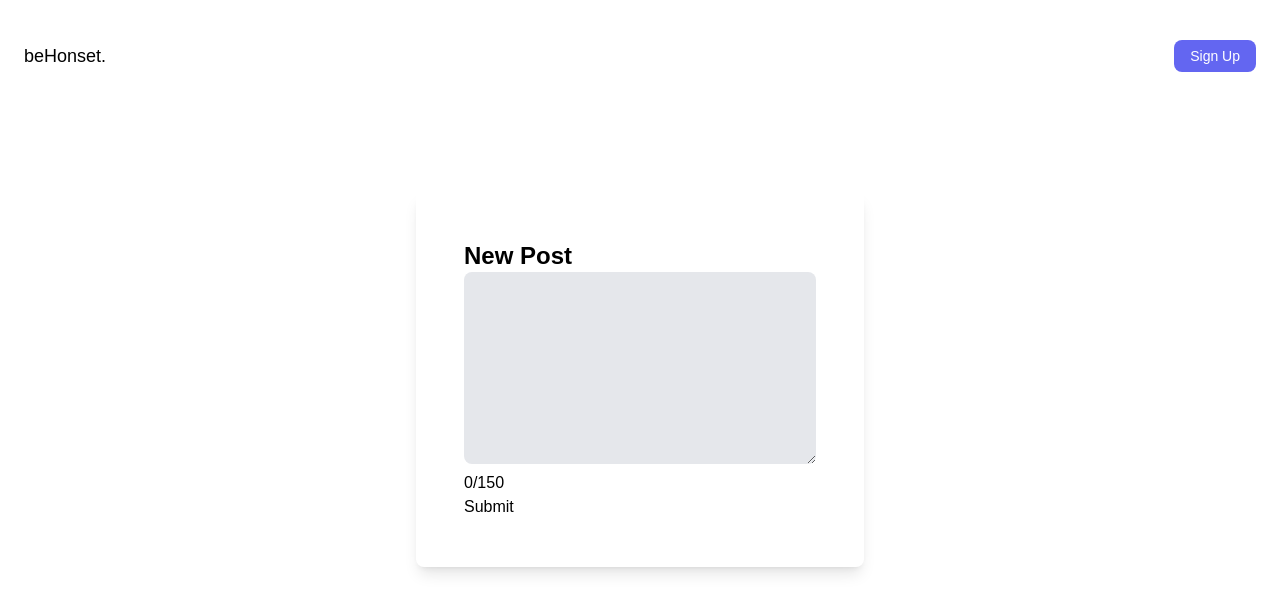
Repository: aidenfine/be-honset
Page: /new-post
An editor plug-in stored every save of this project. The page is shown before and after the next save, followed by the edit.
The browser window is 1280 px wide. The pictures show the whole page.
The page's requests for data from a server got no answer. The project was rebuilt for these pictures with package versions that can differ from the ones it lists, and the page was loaded fresh each time. The framework's server and built-in components were replaced by stand-ins that run in the browser. No one was signed in, and anything a server would have sent is missing. Also part of the build but not shown: next.config.js.

Above is the page before, as saved 2022-10-26 20:02:49.

### pages/_app.js
import '../styles/globals.css'
import Layout from '../components/layout'

function MyApp({ Component, pageProps }) {
  return(
    <Layout>
      <Component {...pageProps} />
    </Layout>

  )
}

export default MyApp

### pages/new-post.js
import { auth, db} from '../utils/firebase';
import { useAuthState } from 'react-firebase-hooks/auth';
import { useRouter } from 'next/router';
import { useEffect, useState } from 'react';

export default function post(){


    return(
        <div className='my-20 p-12 shadow-lg rounded-lg max-w-md mx-auto'>
            <form>
                <h1 className='text-2xl font-bold'>New Post</h1>
                <div>
                    <textarea className='bg-gray-200 h-48 w-full text-white rounded-lg text-sm'></textarea>
                    <p>0/150</p>
                </div>
                <button>Submit</button>
            </form>
        </div>
    )
}

### styles/globals.css
@tailwind base;
@tailwind components;
@tailwind utilities;


* {
  font-family: 'Montserrat', sans-serif;

}

### components/layout.js
import Nav from "./Nav";

export default function Layout({ children }){
    return(
        <div className="mx-6 md:max-w-10xl md-mx-auto font-montserrat">
            <Nav />
            <main>{children}</main>
        </div>
    )
}

### utils/firebase.js
// Import the functions you need from the SDKs you need
import { initializeApp } from "firebase/app";
import {getAuth} from 'firebase/auth';
import {getFirestore} from 'firebase/firestore'
// TODO: Add SDKs for Firebase products that you want to use
// https://firebase.google.com/docs/web/setup#available-libraries

// Your web app's Firebase configuration
// For Firebase JS SDK v7.20.0 and later, measurementId is optional
const firebaseConfig = {
  apiKey: process.env.NEXT_PUBLIC_API_KEY,
  authDomain: process.env.NEXT_PUBLIC_AUTH_DOMAIN,
  projectId: process.env.NEXT_PUBLIC_PROJECT_ID,
  storageBucket: process.env.NEXT_PUBLIC_STORAGE_BUCKET,
  messagingSenderId: process.env.NEXT_PUBLIC_MESSAGING_SENDER_ID,
  appId: process.env.NEXT_PUBLIC_APP_ID,
  measurementId: process.env.NEXT_PUBLIC_MEASUREMENT_ID
};

// Initialize Firebase
const app = initializeApp(firebaseConfig);
export const auth = getAuth();
export const db = getFirestore(app);

### components/Nav.js
import Link from "next/link"
import { auth } from "../utils/firebase"
import { useAuthState } from "react-firebase-hooks/auth"

export default function Nav(){
    const [user, loading] = useAuthState(auth);

    return(
        <nav className="flex justify-between items-center py-10">
            <Link href="/">
            <button className="text-lg font-medium text-black opacity-87" >beHonset.</button>
            </Link>
            <ul className="flex items-center gap-10">
                {!user && (
                <Link href={"/login"} className="py-1.5 px-4 text-sm bg-indigo-500 text-white opacity-87 rounded-lg font-medium ml-8">Sign Up</Link>
            )}
            {user && (
                <div className="flex items-center gap-6">
                    <Link href="/new-post">
                    <button className="font-medium bg-indigo-500 text-white py-2 px-4 rounded-lg text-sm">Create Post</button>
                    </Link>
                    <Link href="/dashboard">
                        <img className="w-10 rounded-full cursor-pointer" referrerpolicy="no-referrer" src={user.photoURL} />

                    </Link>
                </div>
            )}
            </ul>



        </nav>
    )
}

### tailwind.config.js
/** @type {import('tailwindcss').Config} */
module.exports = {
  content: [
    "./pages/**/*.{js,ts,jsx,tsx}",
    "./components/**/*.{js,ts,jsx,tsx}",
  ],
  darkMode: 'class',
  theme: {
    extend: {
      fontFamily: {
        montserrat: 'Montserrat',
      }
    },
  },
  plugins: [],
}

After the next save:
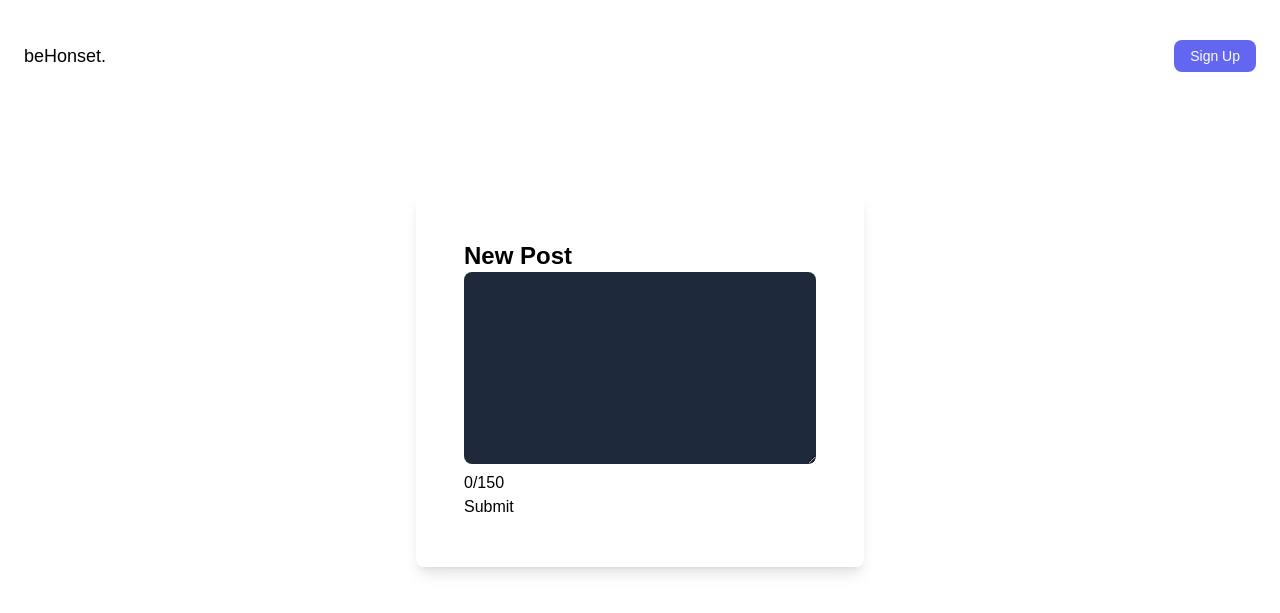
Saved 30 s later.
--- a/pages/new-post.js
+++ b/pages/new-post.js
@@ -11,7 +11,7 @@
             <form>
                 <h1 className='text-2xl font-bold'>New Post</h1>
                 <div>
-                    <textarea className='bg-gray-200 h-48 w-full text-white rounded-lg text-sm'></textarea>
+                    <textarea className='bg-slate-800 h-48 w-full text-white rounded-lg text-sm'></textarea>
                     <p>0/150</p>
                 </div>
                 <button>Submit</button>
